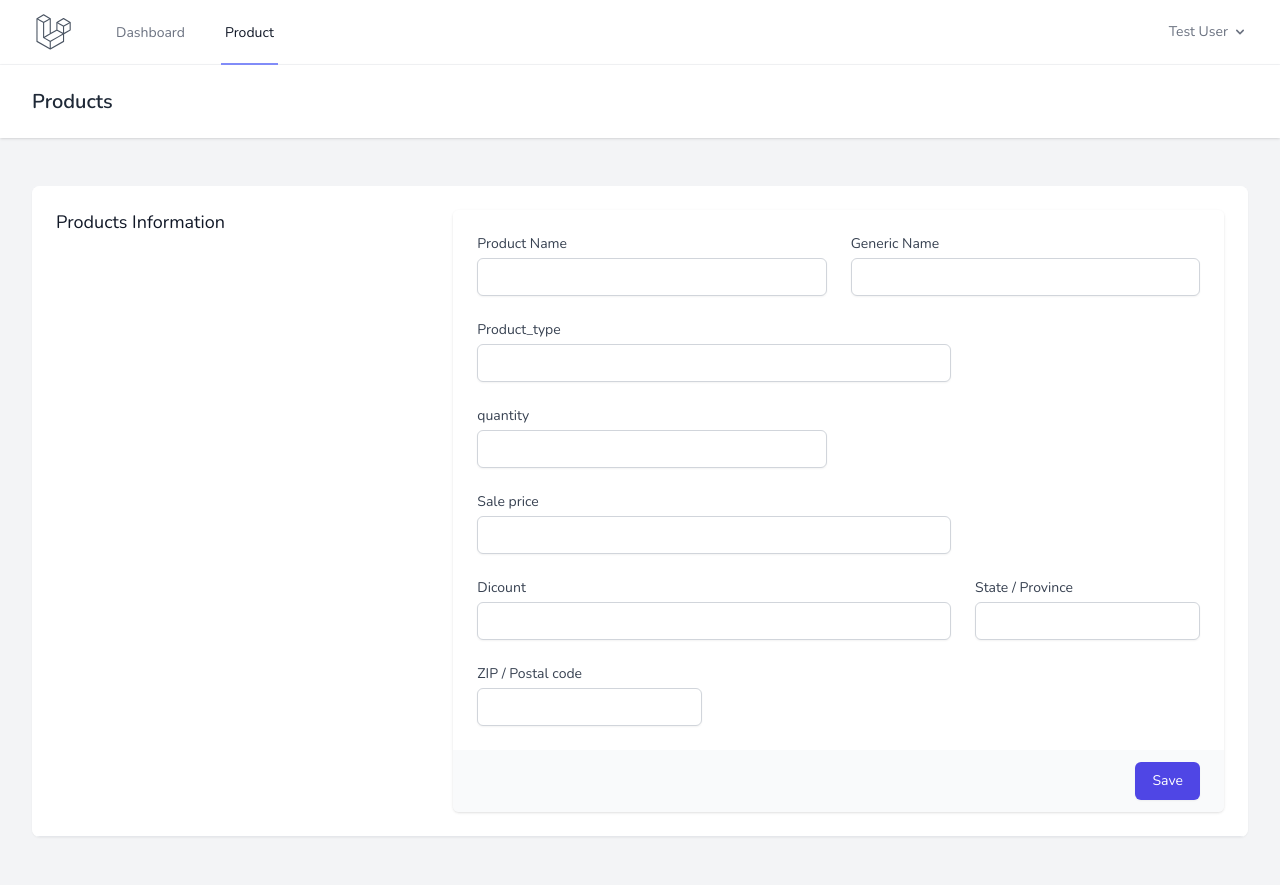
Repository: krishna-vm/them_set
Page: http://localhost/product
These files come from the project's save history. The page is drawn as it stood at one moment and after the next save; the edit follows.
The browser window is 1280 px wide. The pictures show the whole page.
The page is served by the project's Laravel application, run on PHP 8.4 with Laravel 8. A made-up administrator, Test User (test@example.com), is signed in. Style sheets and scripts are compiled from the project's sources, by tool versions that may differ from the author's.

Above is the page before, as saved 2022-09-08 14:43:45.

After the next save:
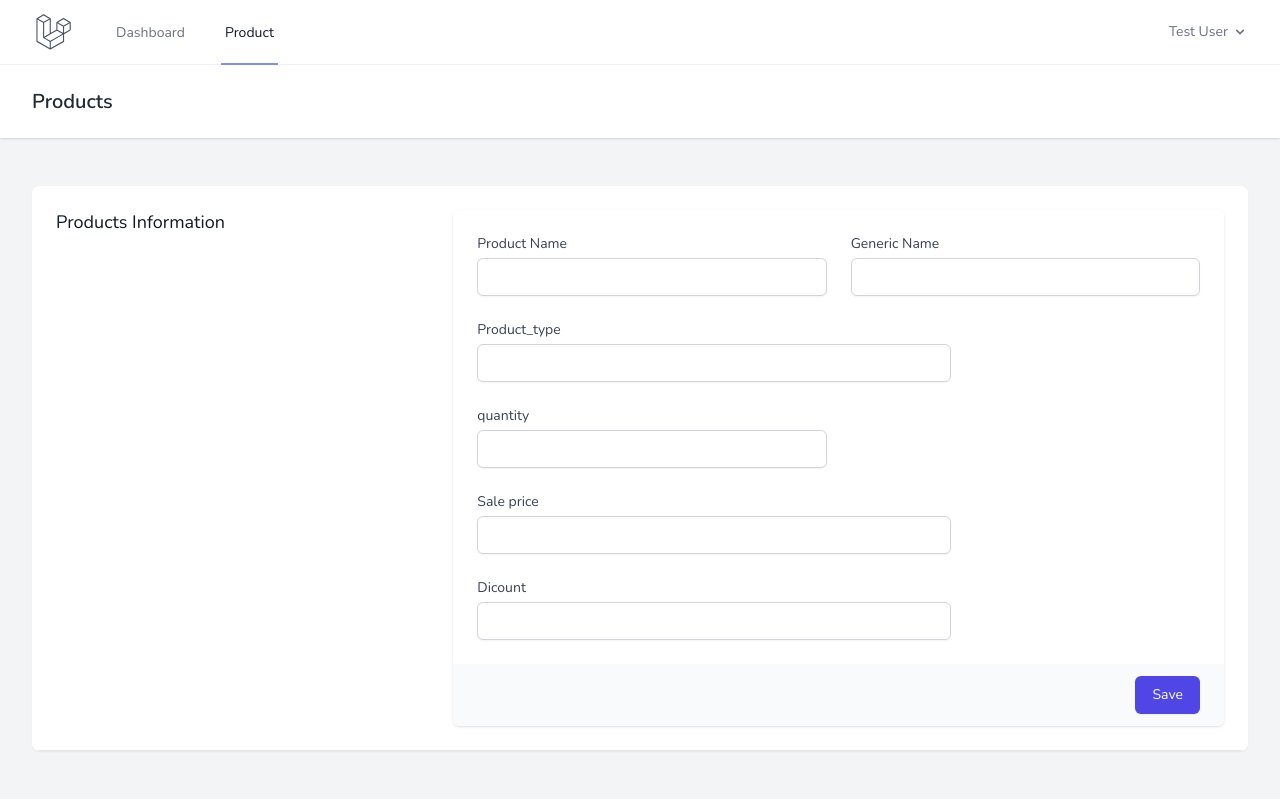
Saved 36 s later.
--- a/resources/views/product.blade.php
+++ b/resources/views/product.blade.php
@@ -53,16 +53,6 @@
                                                   <label for="dicount" class="block text-sm font-medium text-gray-700">Dicount</label>
                                                   <input type="text" name="dicount" id="dicount" autocomplete="address-level2" class="mt-1 block w-full rounded-md border-gray-300 shadow-sm focus:border-indigo-500 focus:ring-indigo-500 sm:text-sm">
                                                 </div>
-
-                                                <div class="col-span-6 sm:col-span-3 lg:col-span-2">
-                                                  <label for="region" class="block text-sm font-medium text-gray-700">State / Province</label>
-                                                  <input type="text" name="region" id="region" autocomplete="address-level1" class="mt-1 block w-full rounded-md border-gray-300 shadow-sm focus:border-indigo-500 focus:ring-indigo-500 sm:text-sm">
-                                                </div>
-
-                                                <div class="col-span-6 sm:col-span-3 lg:col-span-2">
-                                                  <label for="postal-code" class="block text-sm font-medium text-gray-700">ZIP / Postal code</label>
-                                                  <input type="text" name="postal-code" id="postal-code" autocomplete="postal-code" class="mt-1 block w-full rounded-md border-gray-300 shadow-sm focus:border-indigo-500 focus:ring-indigo-500 sm:text-sm">
-                                                </div>
                                               </div>
                                             </div>
                                             <div class="bg-gray-50 px-4 py-3 text-right sm:px-6">
